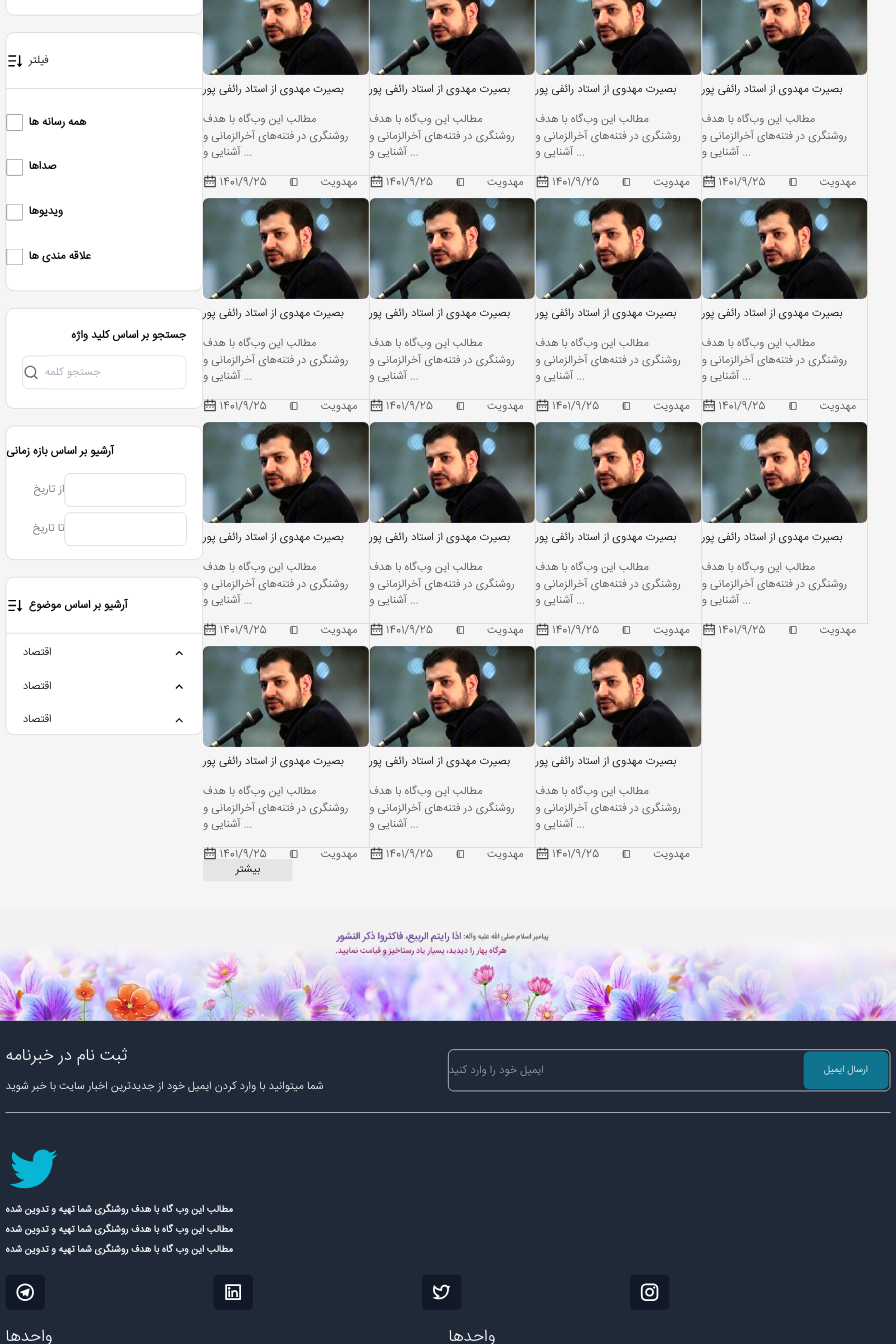
Repository: homan-tehrani/uiUserNative
Page: /multimedia
The author's editor kept a copy of each file at every save. The page is drawn from the files as they stood at one save, then again after the next save.
The browser window is 1280 px wide. The pictures show the part of the page from y = 370 to 2290 px (the page is 2769 px tall before and 3029 px after), at 70% of full size.
The project was rebuilt for these pictures with package versions that can differ from the ones it lists, and the page was loaded fresh each time. The framework's server and built-in components were replaced by stand-ins that run in the browser. Also part of the build but not shown: next.config.js, src/components/MenuForUnits.js, src/components/AccordionForUnits.js, src/components/MenuResponsive.js.

Above is the page before, as saved 2023-04-25 02:13:06.

After the next save:
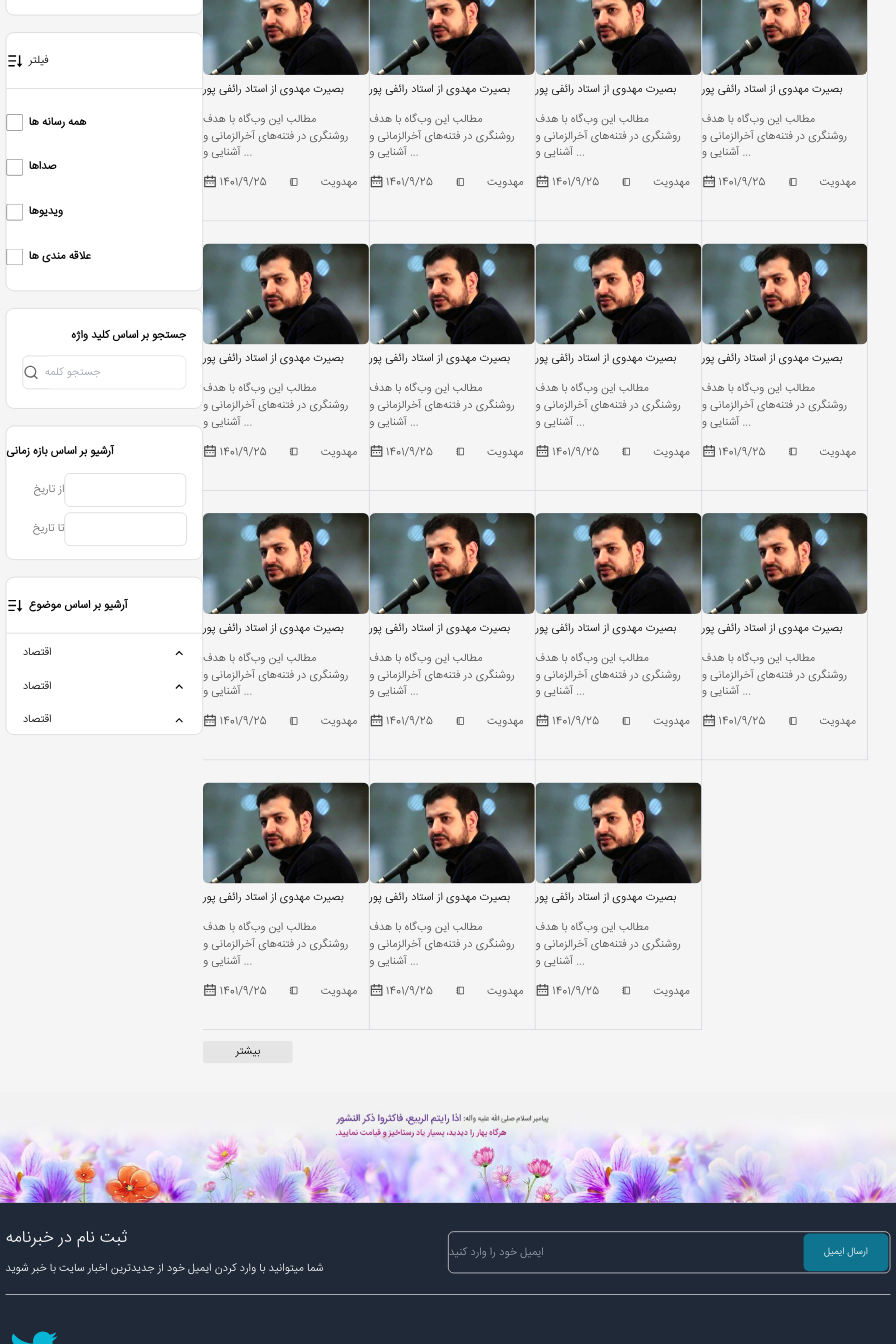
Saved 19 s later.
--- a/src/components/CourseCart.js
+++ b/src/components/CourseCart.js
@@ -34,7 +34,7 @@ export default function CourseCart({ data }) {
           <>
             <div
               key={item.id}
-              className=" h-80 hover:bg-white border-r border-b border-gray-300 py-8 cursor-pointer"
+              className=" hover:bg-white border-r border-b border-gray-300 py-8 cursor-pointer"
             >
               <div className="w-full h-36 bg-gray-200 rounded-lg overflow-hidden">
                 <img
